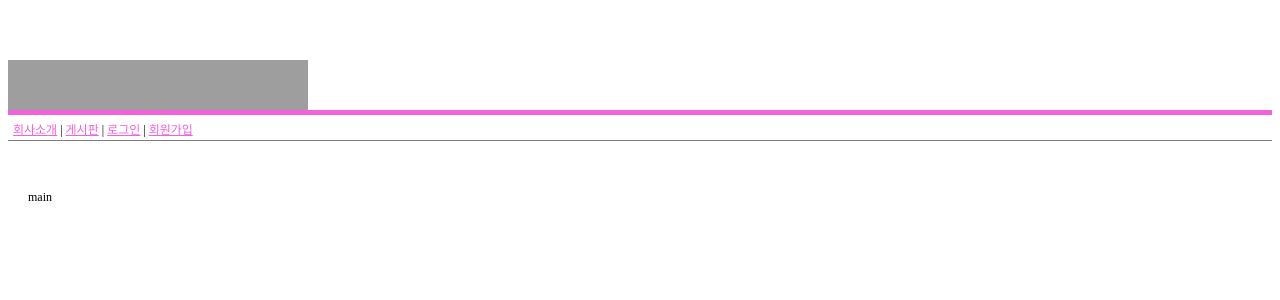
Repository: asaf0813/aisw
Page: java/이클립스/workspace/html/htmltest/WebContent/main.html
These files come from the project's save history. The page is drawn as it stood at one moment and after the next save; the edit follows.
The browser window is 1280 px wide. The pictures show the whole page.
Pictures or frames that could not be fetched are drawn as grey boxes.

Above is the page before, as saved 2019-10-03 05:55:22.

After the next save:
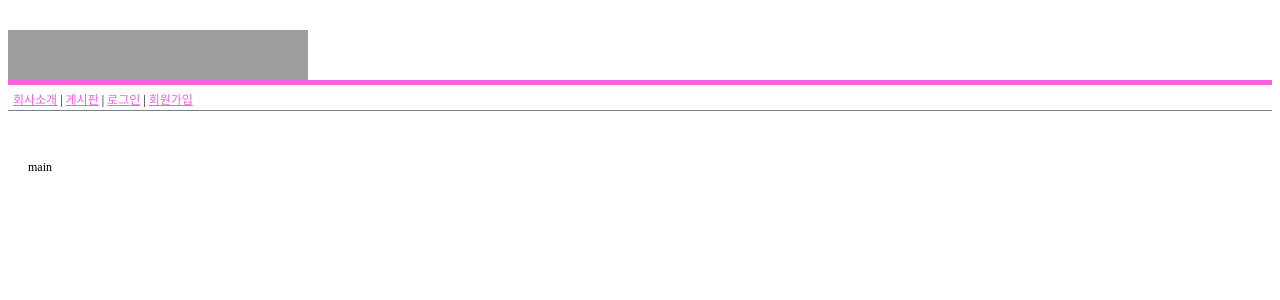
Saved 10 s later.
--- a/java/이클립스/workspace/html/htmltest/WebContent/main.html
+++ b/java/이클립스/workspace/html/htmltest/WebContent/main.html
@@ -14,7 +14,7 @@
 			<a href="./main.html">
 			<img width="300" height="50" src = "http://www.postech.ac.kr/wp-content/themes/postech/images/imgs/signature4.png", alt="" ></a>
 		</div>
-			<p style="margin-top:60px">
+			<p style="margin-top:30px">
 		<div class="topnavi_ds">
 			<div class="topnavi">
 				<a href="./intro/intro.html">회사소개</a> |	<a href="./board/list.html">게시판</a> | <a href="./member/login.html">로그인</a> | <a href="./member/join.html">회원가입</a>
